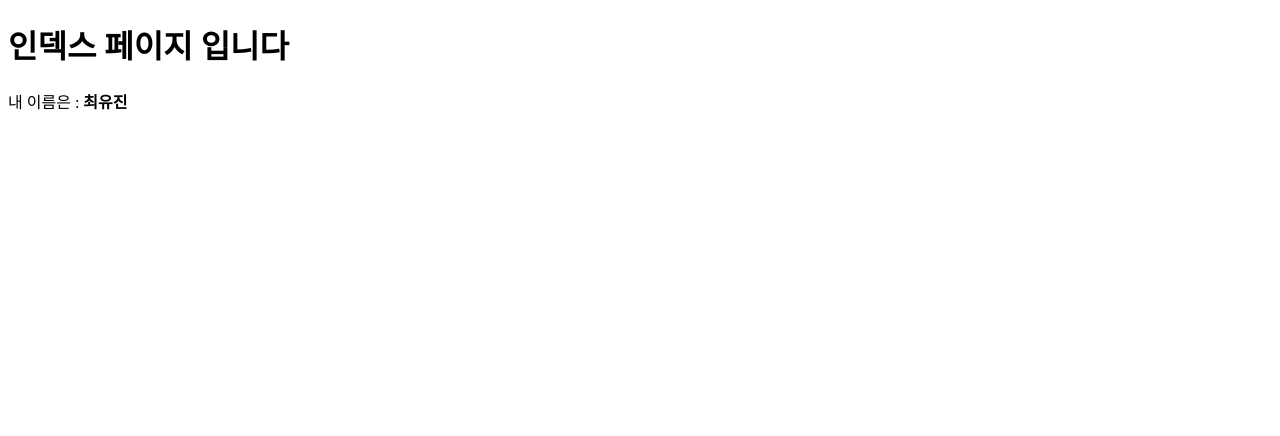
Repository: cd-yumu/acorn202501_web
Page: Hello/src/main/webapp/index.html
These files come from the project's save history. The page is drawn as it stood at one moment and after the next save; the edit follows.
The browser window is 1280 px wide. The pictures show the whole page.

Above is the page before, as saved 2025-01-02 07:47:39.

### Hello/src/main/webapp/index.html
<!DOCTYPE html>
<html>
<head>
<meta charset="UTF-8">
<title>index.html</title>
</head>
<body>
	<h1>인덱스 페이지 입니다</h1>
	<p>내 이름은 : <strong>최유진</strong></p>

</body>
</html>

After the next save:
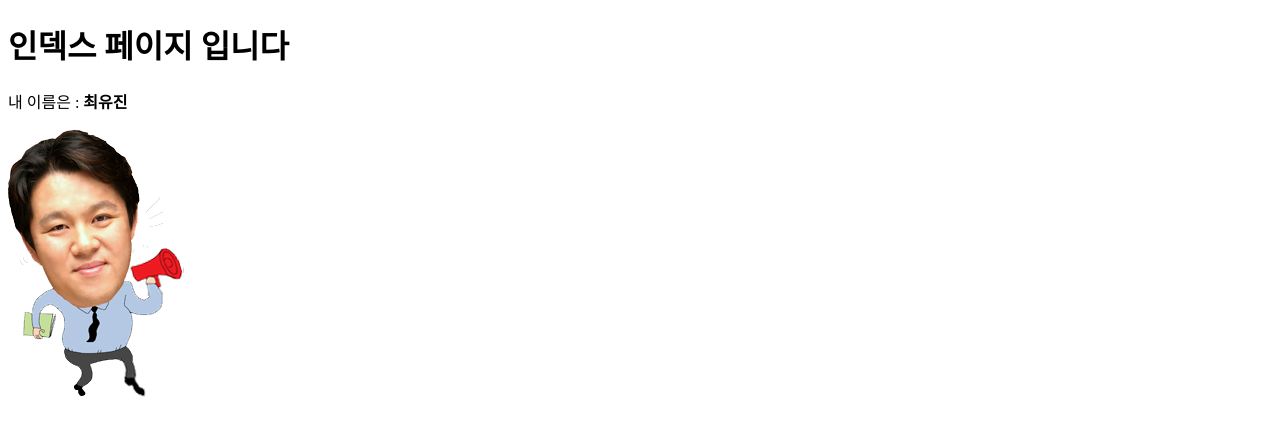
Saved 2 min 11 s later.
--- a/Hello/src/main/webapp/index.html
+++ b/Hello/src/main/webapp/index.html
@@ -7,6 +7,6 @@
 <body>
 	<h1>인덱스 페이지 입니다</h1>
 	<p>내 이름은 : <strong>최유진</strong></p>
-
+	<img src="images/kim1.png" alt="김구라이미지" />
 </body>
 </html>
